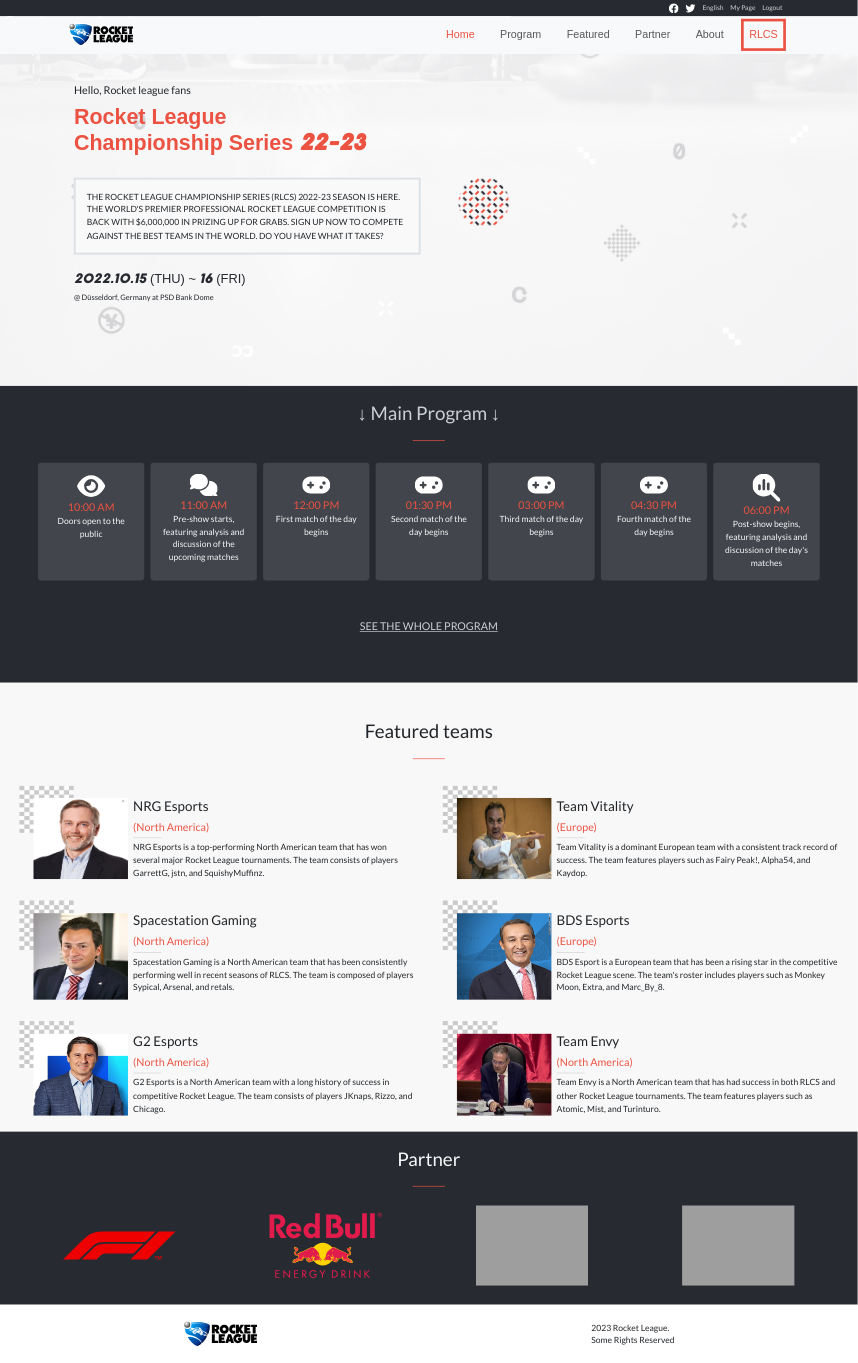
Repository: Salimer/RLCS-event-landing-page
Page: index.html
An editor plug-in stored every save of this project. The page is shown before and after the next save, followed by the edit.
The browser window is 1280 px wide. The pictures show the whole page, at 67% of full size.
Pictures or frames that could not be fetched are drawn as grey boxes. Backgrounds fixed to the window are drawn as part of the page.

Above is the page before, as saved 2023-04-20 16:02:48.

### index.html
<!DOCTYPE html>
<html lang="en">
<head>
    <meta charset="UTF-8">
    <meta http-equiv="X-UA-Compatible" content="IE=edge">
    <meta name="viewport" content="width=device-width, initial-scale=1.0">
    <link href="https://cdn.jsdelivr.net/npm/bootstrap@5.3.0-alpha3/dist/css/bootstrap.min.css" rel="stylesheet" integrity="sha384-KK94CHFLLe+nY2dmCWGMq91rCGa5gtU4mk92HdvYe+M/SXH301p5ILy+dN9+nJOZ" crossorigin="anonymous">
    <link href="https://fonts.googleapis.com/css?family=Lato&display=swap" rel="stylesheet">
    <link rel="stylesheet" href="style.css">
    <title>Rocket league event</title>
</head>
<body>
  <header>
    <div id="social-media" class="py-1">
      <a href="#"><img src="Assets/icons/facebook.svg" alt="facebook"></a>
      <a href="#"><img src="Assets/icons/twitter.svg" alt="twitter"></a>
      <a href="#">English</a>
      <a href="https://salimer.github.io/Portfolio/">My Page</a>
      <a href="#">Logout</a>
    </div>
    <nav class="navbar navbar-expand-md  p-1 bg-light">
        <div class="container-fluid bg-light">
          <a class="navbar-brand" href="index.html"><img src="Assets/images/Rocket_League_logo.svg" alt="Rocket_League_logo"></a>
          <button id="hamburger" class="navbar-toggler bg-light" type="button" data-bs-toggle="collapse" data-bs-target="#navbarSupportedContent" aria-controls="navbarSupportedContent" aria-expanded="false" aria-label="Toggle navigation">
            <span class="navbar-toggler-icon"></span>
          </button>
          <div class="collapse navbar-collapse  ps-3" id="navbarSupportedContent">
            <ul class="navbar-nav ms-auto mb-lg-0">
              <li class="nav-item">
                <a id="home" class="nav-link active" aria-current="page" href="#">Home</a>
              </li>
              <li class="nav-item">
                <a class="nav-link" href="#main-program">Program</a>
              </li>
              <li class="nav-item">
                <a class="nav-link" href="#featured">Featured</a>
              </li>
              <li class="nav-item">
                <a class="nav-link" href="#partner">Partner</a>
              </li>
              <li class="nav-item">
                <a class="nav-link" href="about.html">About</a>
              </li>
              <li class="nav-item">
                <a id="RLCS" class="nav-link" href="#">RLCS</a>
              </li>
              <li class="desktop-hide">
                <a href="https://www.facebook.com/s.bamahfoodh"><img src="Assets/icons/facebook.svg" alt="facebook"></a>
              </li>
              <li class="desktop-hide">
                <a href="#"><img src="Assets/icons/twitter.svg" alt="twitter"></a>
              </li>
              <li class="desktop-hide">
                <a href="https://salimer.github.io/Portfolio/">My Page</a>
              </li>
              <li class="desktop-hide">
                <a href="#">Logout</a>
              </li>
            </ul>
          </div>
        </div>
      </nav>
  </header>
    <main>
        <section id="home-bg" class="headline py-5 px-4 d-flex align-items-center justify-content-center justify-content-md-start">
            <div class="headline-text d-flex flex-column justify-content-center py-3">
              <span>Hello, Rocket league fans</span>
              <h1 class="my-2">Rocket League<br>Championship Series <span>22-23</span></h1>
              <p class="border border-3 p-3 py-3 my-4">
                THE ROCKET LEAGUE CHAMPIONSHIP SERIES (RLCS) 2022-23 SEASON IS HERE. THE WORLD'S PREMIER PROFESSIONAL ROCKET LEAGUE COMPETITION IS BACK WITH $6,000,000 IN PRIZING UP FOR GRABS. SIGN UP NOW TO COMPETE AGAINST THE BEST TEAMS IN THE WORLD. DO YOU HAVE WHAT IT TAKES?
              </p>
              <h2>2022.10.15<span> (THU) ~ </span>16 <span>(FRI)</span></h2>
              <span id="location">@ Düsseldorf, Germany at PSD Bank Dome</span>
            </div>
        </section>
        <section id="main-program" class="main-program d-flex flex-column align-items-center p-4">
            <h3 class="">↓ Main Program ↓</h3>
            <div class="underline mb-4"></div>
            <div class="main-program-cards">
              <article class="card d-flex flex-row px-2 py-3 align-items-center my-2 flex-md-column">
                <img src="Assets/icons/eye-solid.svg" class="card-img-top" alt="..">
                <span class="card-title mx-2 my-0">10:00 AM</span>
                <p class="card-text text-light">Doors open to the public</p>
              </article>
              <article class="card d-flex flex-row px-2 py-3 align-items-center my-2 flex-md-column">
                <img src="Assets/icons/comments-solid.svg" class="card-img-top" alt="..">
                <span class="card-title mx-2 my-0">11:00 AM</span>
                <p class="card-text text-light">Pre-show starts, featuring analysis and discussion of the upcoming matches</p>
              </article>
              <article class="card d-flex flex-row px-2 py-3 align-items-center my-2 flex-md-column">
                <img src="Assets/icons/gamepad-solid.svg" class="card-img-top" alt="..">
                <span class="card-title mx-2 my-0">12:00 PM</span>
                <p class="card-text text-light">First match of the day begins</p>
              </article>
              <article class="card d-flex flex-row px-2 py-3 align-items-center my-2 flex-md-column">
                <img src="Assets/icons/gamepad-solid.svg" class="card-img-top" alt="..">
                <span class="card-title mx-2 my-0">01:30 PM</span>
                <p class="card-text text-light">Second match of the day begins</p>
              </article>
              <article class="card d-flex flex-row px-2 py-3 align-items-center my-2 flex-md-column">
                <img src="Assets/icons/gamepad-solid.svg" class="card-img-top" alt="..">
                <span class="card-title mx-2 my-0">03:00 PM</span>
                <p class="card-text text-light">Third match of the day begins</p>
              </article>
              <article class="card d-flex flex-row px-2 py-3 align-items-center my-2 flex-md-column">
                <img src="Assets/icons/gamepad-solid.svg" class="card-img-top" alt="..">
                <span class="card-title mx-2 my-0">04:30 PM</span>
                <p class="card-text text-light">Fourth match of the day begins</p>
              </article>
              <article class="card d-flex flex-row px-2 py-3 align-items-center my-2 flex-md-column">
                <img src="Assets/icons/magnifying-glass-chart-solid.svg" class="card-img-top" alt="..">
                <span class="card-title mx-2 my-0">06:00 PM</span>
                <p class="card-text text-light">Post-show begins, featuring analysis and discussion of the day's matches</p>
              </article>
            </div>
            <button id="main-program-button" type="button" class="btn btn-danger py-4 px-5 my-4">Join RLCS 22-23</button>
            <a id="whole-program" class="py-4 px-5 my-4" href="#">SEE THE WHOLE PROGRAM</a>
        </section>
        <section id="featured" class="featured d-flex flex-column align-items-center p-2">
            <h3 class="mt-5">Featured teams</h3>
            <div class="underline mb-4"></div>
            <div class="featured-cards d-flex flex-column flex-md-row justify-content-around">
            </div>
        </section>
        <section id="partner-home" class="partner d-flex flex-column align-items-center p-4 text-center">
          <h3 class="text-light">Partner</h3>
          <div class="underline mb-4"></div>
          <div class="partner-imgs w-100 d-flex flex-wrap flex-column flex-md-row justify-content-around align-items-center">
              <img id="f1" class="p-1" src="Assets/partners/F1-logo red.svg" alt="F1-logo">
              <img id="redbull" class="p-1" src="Assets/partners/redbullenergydrink.svg" alt="RedBull logo">
              <img id="ford" class="p-1" src="Assets/partners/Ford_logo_flat.svg" alt="Ford logo">
              <img id="mclaren" class="p-1" src="Assets/partners/mclaren.svg" alt="Mclaren logo">
          </div>
      </section>
    </main>
    <footer class="d-flex justify-content-around align-items-center p-4">
      <img src="Assets/images/Rocket_League_logo.svg" alt="Rocket_League_logo">
      <p class="m-0">2023 Rocket League.<br>Some Rights Reserved</p>
    </footer>

    <script src="https://cdn.jsdelivr.net/npm/bootstrap@5.3.0-alpha3/dist/js/bootstrap.bundle.min.js" integrity="sha384-ENjdO4Dr2bkBIFxQpeoTz1HIcje39Wm4jDKdf19U8gI4ddQ3GYNS7NTKfAdVQSZe" crossorigin="anonymous"></script>
    <script src="script.js"></script>
</body>
</html>

### style.css
@font-face {
  font-family: 'CocoGoose';
  src: url('Assets/fonts/CocoGoose/Cocogoose\ Pro-trial.ttf') format('truetype');
  font-family: 'CocoGooseNum';
  src: url('Assets/fonts/CocoGoose/Cocogoose\ Pro\ Italic-trial.ttf') format('truetype');
  font-weight: normal;
  font-style: normal;
}

* {
  margin: 0;
  padding: 0;
  box-sizing: border-box;
  scroll-behavior: smooth;
}

body {
  font-family: 'lato', sans-serif;
}

/* Header  */
header {
  font-family: 'CocoGoose', sans-serif;
  position: fixed;
  width: 100%;
  z-index: 1;
}

header > div {
  display: none;
  justify-content: end;
  align-items: center;
  gap: 10px;
  background-color: #272a31;
  padding-right: 7rem;
}

a {
  text-decoration: none;
}

header > div a {
  font-family: 'lato', sans-serif;
  font-size: 10px;
  color: #d3d3d3;
}

.nav-link {
  border: 4px solid transparent;
}

#RLCS {
  color: #ec5242;
  border: 4px solid #ec5242;
  display: none;
}

.navbar-nav {
  margin-right: 5.7rem;
  gap: 14px;
}

.navbar-brand {
  margin-left: 5.4rem;
  display: none;
}

.desktop-hide {
  padding: 0.5rem 0;
}

.desktop-hide a {
  color: #000000a6;
}

/* ================================================ */

/* Footer  */
footer img {
  height: 2.5rem;
}

/* ================================================ */

header > div img {
  height: 15px;
  filter: invert(100%);
}

header nav img {
  height: 35px;
}

/* ===================================================== */

/* Partner  */
.partner img {
  height: 4rem;
  width: 7rem;
}

/* ===================================================== */

#home {
  color: #ec5242;
}

#hamburger {
  border: 2px solid #ec5242;
}

/* backgrounds  */
#home-bg {
  background-image: url('Assets/images/header.png');
  background-repeat: no-repeat;
  background-size: center center;
  background-attachment: fixed;
}

#about-bg {
  background-image: url('Assets/images/header.png');
  background-repeat: no-repeat;
  background-size: center center;
  background-attachment: fixed;
}

/* Headline  */
.headline {
  height: 80vh;
}

.headline-text p {
  background-color: #f9f9f9;
 }

/* ================================================ */

/* Headline  */
h2 span {
  font-family: 'CocoGoose', sans-serif;
}

/* Main program  */
.main-program span {
  min-width: 4.4rem;
  color: #ec5242;
}

/* Featured  */
.team span {
  color: #ec5242;
}

/* ================================================ */

.headline h1 span {
  font-family: 'CocoGooseNum', sans-serif;
}

p {
  font-size: 0.8em;
}

h1 {
  font-family: 'CocoGoose', sans-serif;
  font-weight: bold;
  color: #ec5242;
}

h2 {
  font-family: 'CocoGooseNum', sans-serif;
  color: #272a31;
  font-size: 1.2rem;
}

#location {
  font-size: 0.7rem;
}

/* Main program  */

.main-program h3 {
  color:rgba(222, 226, 230, 0.9);
}

.main-program {
  background-color: #272a31;
}

.main-program-cards {
  display: flex;
  flex-direction: column;
  justify-content: stretch;
  align-items: stretch;
}

.main-program article {
  background-color: rgba(255, 255, 255, 0.13);
  max-width: 30rem;
}

.main-program img {
  width: 11%;
  filter: invert(100%);
}

.main-program button {
  background-color: #ec5242;
}

#whole-program {
  display: none;
  text-decoration: underline;
  color:rgba(222, 226, 230, 0.9);
}

/* Featured  */
.featured {
  background-color: #f8f8f8;
}

.featured article {
  background-color: transparent;
}

.underline {
  height: 1rem;
  width: 30%;
  max-width: 3rem;
  border-bottom: 1px solid #ec5242;
}

.featured .card {
  border: 0;
  max-width: 40rem;
}

.featured .card-title {
  margin-top: 17px;
}

.featured-image-holder {
  width: 38%;
  height: 6rem;
  background-image: url("Assets/images/transparent.jpg");
  background-size: 50% 50%;
  /* background-size: cover; */
  background-repeat: no-repeat;
}

.featured-image-holder img {
  width: 87%;
  height: 87%;
}

.team {
  width: 100%;
}

.team .underline {
  height: 0;
  width: 10%;
  border-bottom: 1px solid #d3d3d3;
}

/* Partner  */
#partner-home {
  display: none !important;
}

/* About page ============================================ */

/* Headline  */
#contact {
  color: gray;
  background-color: transparent;
  font-size: 0.7rem;
}

#location a {
  text-decoration: underline;
  color: #272a31;
}

/* Logo story  */
.logo-story-image-holder {
  padding: 1rem;
}

/* Past events  */


.past-events a {
  text-decoration: none;
  padding: 3rem 5rem;
}

.past-events a + a {
  margin-top: 3rem;
}

.event-holder {
  background: linear-gradient(rgba(236, 82, 66, 0.5), rgba(236, 82, 66, 0.5)), url('Assets/images/2022.jpg');
  background-repeat: no-repeat;
  background-size: 100% 100%;
}

.event-holder-2 {
  background: linear-gradient(rgba(236, 82, 66, 0.5), rgba(236, 82, 66, 0.5)), url('Assets/images/2020.jpg');
  background-repeat: no-repeat;
  background-size: 100% 100%;
}

/* Partner  */
.partner {
  background-color: #272a31;
}

/* desktop version ============================================ */
@media screen and (min-width: 768px) {
  /* backgrounds  */
  #home-bg {
    background-image: url('Assets/images/header.png');
    background-size: 100% 100%;
  }

  #about-bg {
    background-image: url('Assets/images/header.png');
    background-size: 100% 100%;
  }

  /* Header  */
  header > div {
    display: flex;
  }

  .desktop-hide {
    display: none;
  }

  .navbar-brand {
    margin-left: 5.4rem;
    display: block;
  }

  #RLCS {
    display: block;
  }

  /* Headline  */
  .headline {
    height: 80vh;
  }

  .headline h1 {
    font-size: 2rem;
  }

  .headline-text {
    width: 70%;
    margin-left: 5.4rem;
  }

  .headline-text p {
    max-width: 60%;
  }

  /* Main program  */
  .main-program-cards {
    flex-direction: row;
    flex-wrap: wrap;
    justify-content: center;
    text-align: center;
  }

  .main-program-cards article {
    max-width: 10rem;
  }

  .main-program-cards article + article {
    margin-left: 0.5rem;
  }

  .main-program img {
    min-width: 30%;
  }

  /* ================================================ */

  /* Logo story  */
  .logo-story p {
    max-width: 50%;
  }

  /* ================================================ */

  .main-program-cards article p {
    max-width: 8rem;
  }

  #main-program-button {
    display: none;
  }

  #whole-program {
    display: block;
  }

  /* Featured  */
  .featured-cards {
    flex-wrap: wrap;
  }

  .featured .card {
    max-width: 48%;
  }

  .featured-image-holder {
    width: 38%;
    max-width: unset;
    height: unset;
    background-image: url("Assets/images/transparent.jpg");
    background-size: 50% 50%;
    background-repeat: no-repeat;
  }

  /* About page ============================================ */
  /* headline  */
  .headline-text-about {
    margin-left: 0;
  }

  .headline-text-about p {
    max-width: 80%;
  }

  /* Logo story  */
  .logo-story-image-holder {
    padding: 4rem;
  }
  /* Past events  */
  .past-events a + a {
    margin-top: 0;
    margin-left: 3rem;
  }

  /* Partner  */
  #partner-home {
    display: flex !important;
  }


  .partner img {
    height: 8rem;
    width: 11rem;
  }
}

### script.js
const featuredTeams = [
  {
    image: 'Assets/teams/nrg.png',
    name: 'NRG Esports',
    region: '(North America)',
    description: 'NRG Esports is a top-performing North American team that has won several major Rocket League tournaments. The team consists of players GarrettG, jstn, and SquishyMuffinz.',
  },
  {
    image: 'Assets/teams/vitality.jpg',
    name: 'Team Vitality',
    region: '(Europe)',
    description: 'Team Vitality is a dominant European team with a consistent track record of success. The team features players such as Fairy Peak!, Alpha54, and Kaydop.',
  },
  {
    image: 'Assets/teams/spacestation.jpg',
    name: 'Spacestation Gaming',
    region: '(North America)',
    description: 'Spacestation Gaming is a North American team that has been consistently performing well in recent seasons of RLCS. The team is composed of players Sypical, Arsenal, and retals.',
  },
  {
    image: 'Assets/teams/bds.jpg',
    name: 'BDS Esports',
    region: '(Europe)',
    description: "BDS Esport is a European team that has been a rising star in the competitive Rocket League scene. The team's roster includes players such as Monkey Moon, Extra, and Marc_By_8.",
  },
  {
    image: 'Assets/teams/g2.png',
    name: 'G2 Esports',
    region: '(North America)',
    description: 'G2 Esports is a North American team with a long history of success in competitive Rocket League. The team consists of players JKnaps, Rizzo, and Chicago.',
  },
  {
    image: 'Assets/teams/envy.jpg',
    name: 'Team Envy',
    region: '(North America)',
    description: 'Team Envy is a North American team that has had success in both RLCS and other Rocket League tournaments. The team features players such as Atomic, Mist, and Turinturo.',
  },
];

featuredTeams.forEach((team) => {
  // create article element
  const container = document.createElement('article');
  container.classList.add('card', 'd-flex', 'flex-row', 'justify-content-end', 'p-2', 'my-2');

  // create image div
  const imageHolder = document.createElement('div');
  imageHolder.classList.add('featured-image-holder', 'd-flex', 'justify-content-end', 'align-items-end');
  container.appendChild(imageHolder);

  // create image element
  const image = document.createElement('img');
  image.src = team.image;
  image.alt = team.name;
  imageHolder.appendChild(image);

  // create team details div
  const teamDetails = document.createElement('div');
  teamDetails.classList.add('team', 'd-flex', 'flex-column', 'ps-2');
  container.appendChild(teamDetails);

  // create team name
  const teamName = document.createElement('h5');
  teamName.className = 'card-title';
  teamName.innerHTML = team.name;
  teamDetails.appendChild(teamName);

  // create team region element
  const teamRegion = document.createElement('span');
  teamRegion.className = 'card-text';
  teamRegion.innerHTML = team.region;
  teamDetails.appendChild(teamRegion);

  // create underline element
  const underline = document.createElement('div');
  underline.className = 'underline my-1';
  teamDetails.appendChild(underline);

  // create description element
  const teamDescription = document.createElement('p');
  teamDescription.className = 'card-text';
  teamDescription.innerHTML = team.description;
  teamDetails.appendChild(teamDescription);

  // append team card to html
  document.querySelector('.featured-cards').appendChild(container);
});

After the next save:
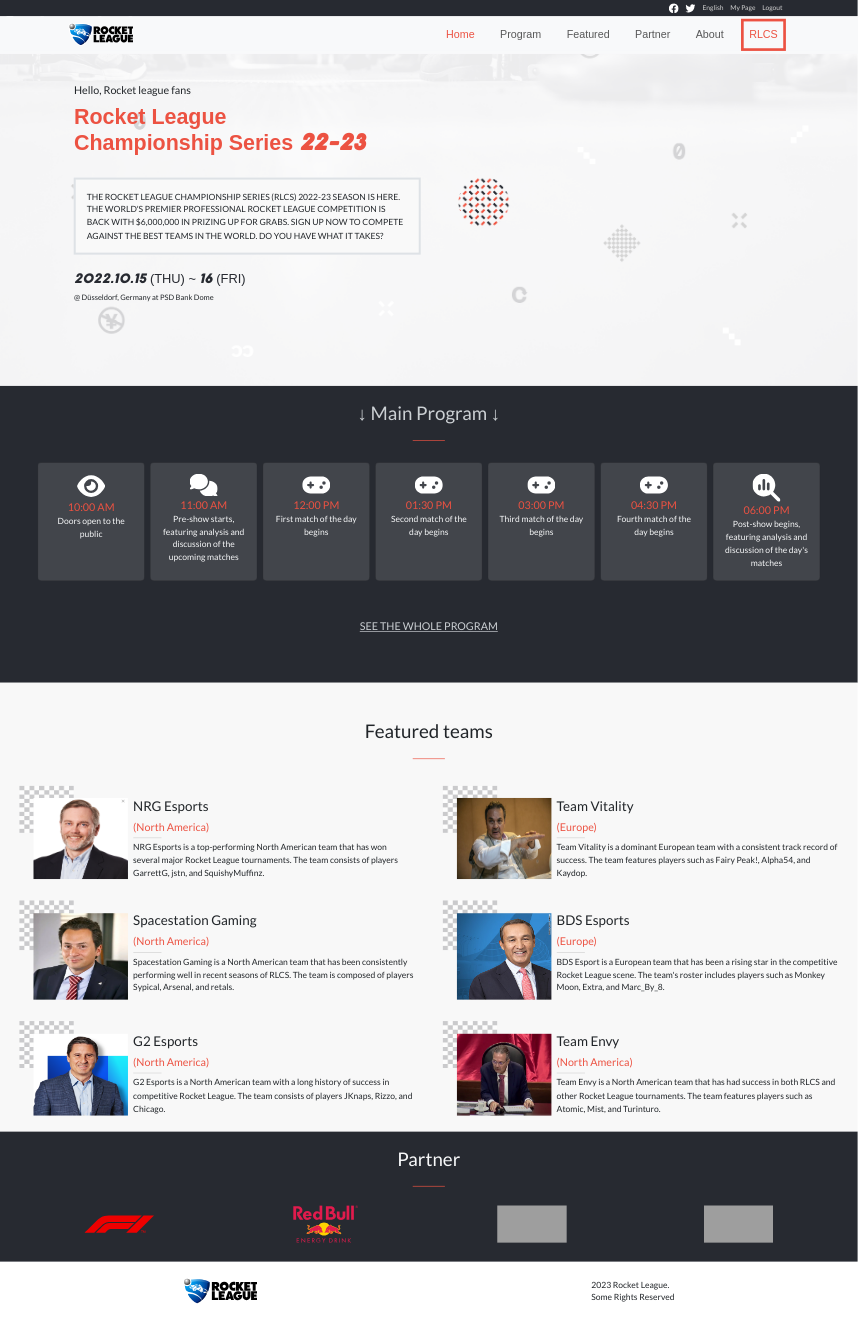
Saved 5 s later.
--- a/style.css
+++ b/style.css
@@ -449,7 +449,7 @@
     display: flex !important;
   }
 
-
+  #display
   .partner img {
     height: 8rem;
     width: 11rem;

After the save that followed:
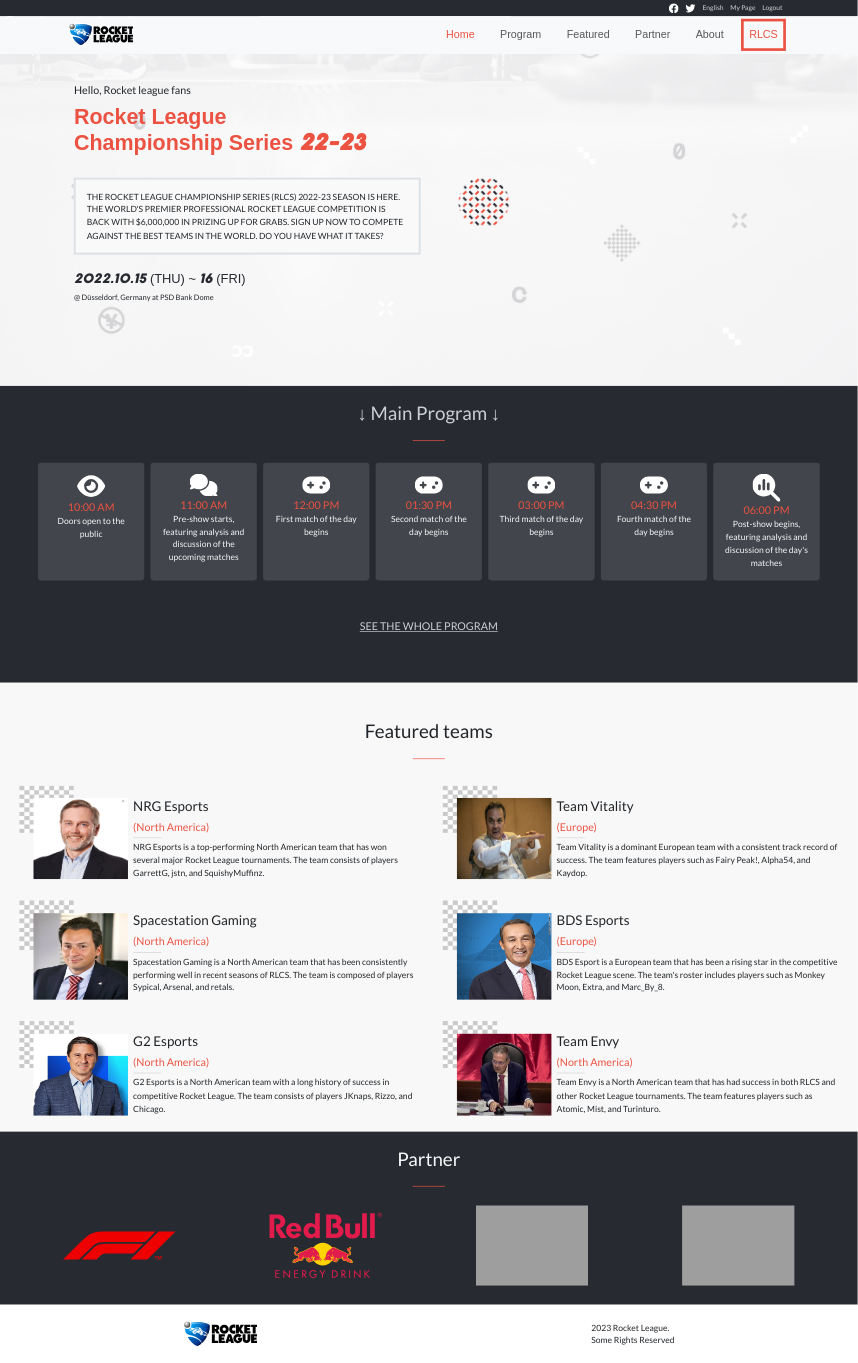
Saved 7 s later.
--- a/style.css
+++ b/style.css
@@ -449,7 +449,9 @@
     display: flex !important;
   }
 
-  #display
+  #partner-about {
+
+  }
   .partner img {
     height: 8rem;
     width: 11rem;
